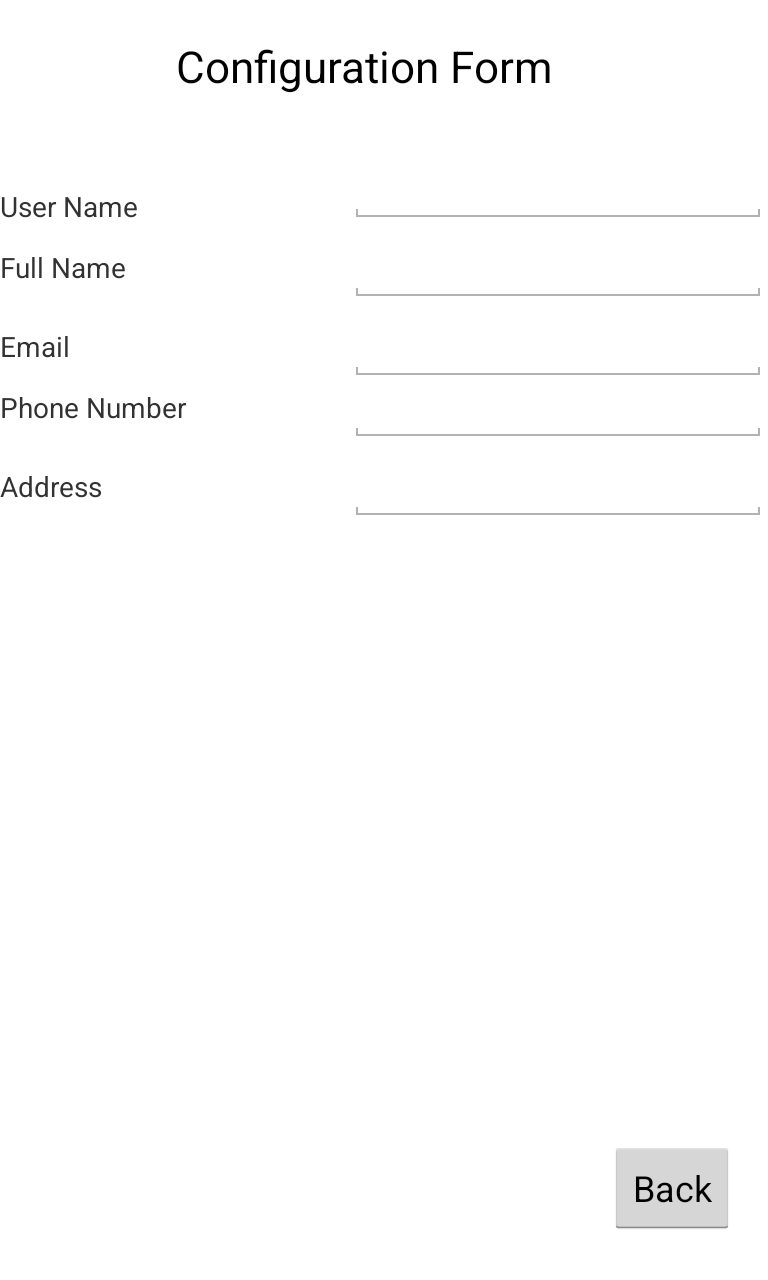
Repository: VanThi/Smart_Order
Layout: Project OS/Project_SO/res/layout/customer_configuration.xml
These files come from the project's save history. The layout is drawn as it stood at one moment and after the next save; the edit follows.
It is drawn on a 768 x 1280 px phone screen (xhdpi) without system bars, with theme AppTheme; the app's code is not run.

Above is the layout before, as saved 2013-11-09 01:28:37.

### Project OS/Project_SO/res/layout/customer_configuration.xml
<?xml version="1.0" encoding="utf-8"?>
<RelativeLayout xmlns:android="http://schemas.android.com/apk/res/android"
    android:layout_width="match_parent"
    android:layout_height="match_parent"
    android:orientation="vertical" >

    <TextView
        android:id="@+id/registerForm"
        android:layout_width="wrap_content"
        android:layout_height="wrap_content"
        android:layout_alignParentTop="true"
        android:layout_centerHorizontal="true"
        android:layout_marginTop="18dp"
        android:ems="8"
        android:text="@string/configurationForm"
        android:textAppearance="?android:attr/textAppearanceLarge" />

    <TextView
        android:id="@+id/tv_userName"
        android:layout_width="wrap_content"
        android:layout_height="wrap_content"
        android:layout_alignParentLeft="true"
        android:layout_below="@+id/registerForm"
        android:layout_marginTop="46dp"
        android:ems="8"
        android:text="@string/userName" />

    <TextView
        android:id="@+id/tv_fullName"
        android:layout_width="wrap_content"
        android:layout_height="wrap_content"
        android:layout_alignBaseline="@+id/et_fullname_con"
        android:layout_alignBottom="@+id/et_fullname_con"
        android:layout_alignParentLeft="true"
        android:ems="8"
        android:text="@string/fullName" />

    <TextView
        android:id="@+id/tv_email"
        android:layout_width="wrap_content"
        android:layout_height="wrap_content"
        android:layout_alignBaseline="@+id/et_email_con"
        android:layout_alignBottom="@+id/et_email_con"
        android:layout_alignParentLeft="true"
        android:ems="8"
        android:text="@string/email" />

    <EditText
        android:id="@+id/et_userName_con"
        android:layout_width="wrap_content"
        android:layout_height="wrap_content"
        android:layout_alignBottom="@+id/tv_userName"
        android:layout_alignParentRight="true"
        android:inputType="text"
        android:ems="10" />

    <EditText
        android:id="@+id/et_phoneNumber_con"
        android:layout_width="wrap_content"
        android:layout_height="wrap_content"
        android:layout_alignParentRight="true"
        android:layout_below="@+id/tv_email"
        android:inputType="phone"
        android:ems="10" />

    <EditText
        android:id="@+id/et_address_con"
        android:layout_width="wrap_content"
        android:layout_height="wrap_content"
        android:layout_alignParentRight="true"
        android:layout_below="@+id/et_phoneNumber_con"
        android:inputType="text"
        android:ems="10" />

    <Button
        android:id="@+id/back_con"
        android:layout_width="wrap_content"
        android:layout_height="wrap_content"
        android:layout_alignParentBottom="true"
        android:layout_alignParentRight="true"
        android:layout_marginBottom="22dp"
        android:layout_marginRight="16dp"
        android:text="@string/back" />

    <EditText
        android:id="@+id/et_fullname_con"
        android:layout_width="wrap_content"
        android:layout_height="wrap_content"
        android:layout_alignParentRight="true"
        android:layout_below="@+id/et_userName_con"
        android:ems="10"
        android:inputType="text" >

    </EditText>

    <EditText
        android:id="@+id/et_email_con"
        android:layout_width="wrap_content"
        android:layout_height="wrap_content"
        android:layout_alignParentRight="true"
        android:layout_below="@+id/et_fullname_con"
        android:inputType="textEmailAddress"
        android:ems="10" />

    <TextView
        android:id="@+id/tv_address"
        android:layout_width="wrap_content"
        android:layout_height="wrap_content"
        android:layout_alignBaseline="@+id/et_address_con"
        android:layout_alignBottom="@+id/et_address_con"
        android:layout_alignParentLeft="true"
        android:ems="8"
        android:text="@string/address" />

    <TextView
        android:id="@+id/tv_phoneNumber"
        android:layout_width="wrap_content"
        android:layout_height="wrap_content"
        android:layout_alignBaseline="@+id/et_phoneNumber_con"
        android:layout_alignBottom="@+id/et_phoneNumber_con"
        android:layout_alignParentLeft="true"
        android:ems="8"
        android:text="@string/phoneNumber" />

</RelativeLayout>

### Project OS/Project_SO/res/values/styles.xml
<resources>

    <!--
        Base application theme, dependent on API level. This theme is replaced
        by AppBaseTheme from res/values-vXX/styles.xml on newer devices.
    -->
    <style name="AppBaseTheme" parent="android:Theme.Light">
        <!--
            Theme customizations available in newer API levels can go in
            res/values-vXX/styles.xml, while customizations related to
            backward-compatibility can go here.
        -->
    </style>

    <style name="NoActionBar" parent="@android:style/Theme.Holo.NoActionBar">
        <!-- Inherits the Holo theme with no action bar; no other styles needed. -->
    </style>

    <!-- Application theme. -->
    <style name="AppTheme" parent="AppBaseTheme">
        <!-- All customizations that are NOT specific to a particular API-level can go here. -->
    </style>

    <style name="HeaderBG">
        <item name="android:layout_width">fill_parent</item>
        <item name="android:layout_height">60dp</item>
        <item name="android:background">@drawable/header_bg</item>
        <item name="android:orientation">horizontal</item>
    </style>

    <style name="HeaderText">
        <item name="android:textColor">#FFFFFF</item>
        <item name="android:textSize">22sp</item>
        <item name="android:textStyle">bold</item>
        <item name="android:ellipsize">end</item>
        <item name="android:gravity">center</item>
        <item name="android:singleLine">true</item>
        <item name="android:text">@string/app_name</item>
    </style>

    <style name="Background">
        <item name="android:layout_width">fill_parent</item>
        <item name="android:layout_height">fill_parent</item>
        <item name="android:background">@color/background</item>
        <item name="android:orientation">vertical</item>
    </style>

    <style name="MENU">
        <item name="android:layout_width">fill_parent</item>
        <item name="android:layout_height">63dp</item>
        <item name="android:background">@drawable/menu_bg</item>
        <item name="android:gravity">center_vertical</item>
        <item name="android:padding">10dp</item>
        <item name="android:textColor">#FFFFFF</item>
        <item name="android:textSize">16sp</item>
    </style>

    <style name="TextDescription">
        <item name="android:textColor">@color/black</item>
        <item name="android:textSize">16sp</item>
        <item name="android:typeface">sans</item>
        <item name="android:textStyle">bold</item>
    </style>

    <style name="Text">
        <item name="android:textColor">@color/black</item>
        <item name="android:textSize">14sp</item>
        <item name="android:typeface">sans</item>
    </style>

    <style name="EditText">
        <item name="android:textColor">@color/black</item>
        <item name="android:textSize">14sp</item>
        <item name="android:typeface">sans</item>
        <item name="android:padding">5dp</item>
    </style>

    <style name="Button">
        <item name="android:padding">5dp</item>
        <item name="android:textStyle">bold</item>
        <item name="android:textColor">@color/white</item>
        <item name="android:textSize">14sp</item>
        <item name="android:background">@drawable/btn_bg</item>
        <item name="android:typeface">sans</item>
        <item name="android:layout_width">90dp</item>
        <item name="android:layout_height">40dp</item>
    </style>

    <style name="ButtonRight">
        <item name="android:padding">5dp</item>
        <item name="android:textStyle">bold</item>
        <item name="android:textColor">@color/white</item>
        <item name="android:textSize">14sp</item>
        <item name="android:background">@drawable/btn_bg</item>
        <item name="android:typeface">sans</item>
        <item name="android:layout_width">90dp</item>
        <item name="android:layout_height">40dp</item>
        <item name="android:layout_marginLeft">5dp</item>
    </style>

    <style name="CustomProgressBar" parent="android:Widget.ProgressBar.Horizontal">
        <item name="android:layout_width">200dp</item>
        <item name="android:layout_height">wrap_content</item>
        <item name="android:padding">5dp</item>
        <item name="android:layout_marginRight">10dp</item>
        <item name="android:indeterminateOnly">false</item>
        <item name="android:progressDrawable">@drawable/custom_progress_bar_horizontal</item>
        <item name="android:minHeight">10dip</item>
        <item name="android:maxHeight">20dip</item>
    </style>


</resources>

### Project OS/Project_SO/res/values/strings.xml
<?xml version="1.0" encoding="utf-8"?>
<resources>

    <string name="app_name">Smart Order</string>
    <string name="action_settings">Settings</string>
    <string name="hello_world">Hello world!</string>
    <string name="menu_item">Menu</string>
    <string name="configuration">Configuration</string>
    <string name="viewOrder">View Order</string>
    <string name="logout">Logout</string>
    <string name="exit">Exit</string>
    <string name="userName">User Name</string>
    <string name="password">PassWord</string>
    <string name="address">Address</string>
    <string name="phoneNumber">Phone Number</string>
    <string name="email">Email</string>
    <string name="confirm">Confirm</string>
    <string name="fullName">Full Name</string>
    <string name="register">Have not a account?</string>
    <string name="login">Login</string>
    <string name="developer">CyberSoft Team 1</string>
    <string name="clear">Clear</string>
    <string name="update">Update</string>
    <string name="order">Order</string>
    <string name="save">Save</string>
    <string name="registerForm">Register Form</string>
	<string name="configurationForm">Configuration Form</string>
	<string name="ok">OK</string>
	<string name="back">Back</string>
	<string name="inc">+</string>
	<string name="dec">-</string>

</resources>

Loaded but not shown: Project OS/Project_SO/res/values-v11/styles.xml (common file); Project OS/Project_SO/res/values-v14/styles.xml (common file)

After the next save:
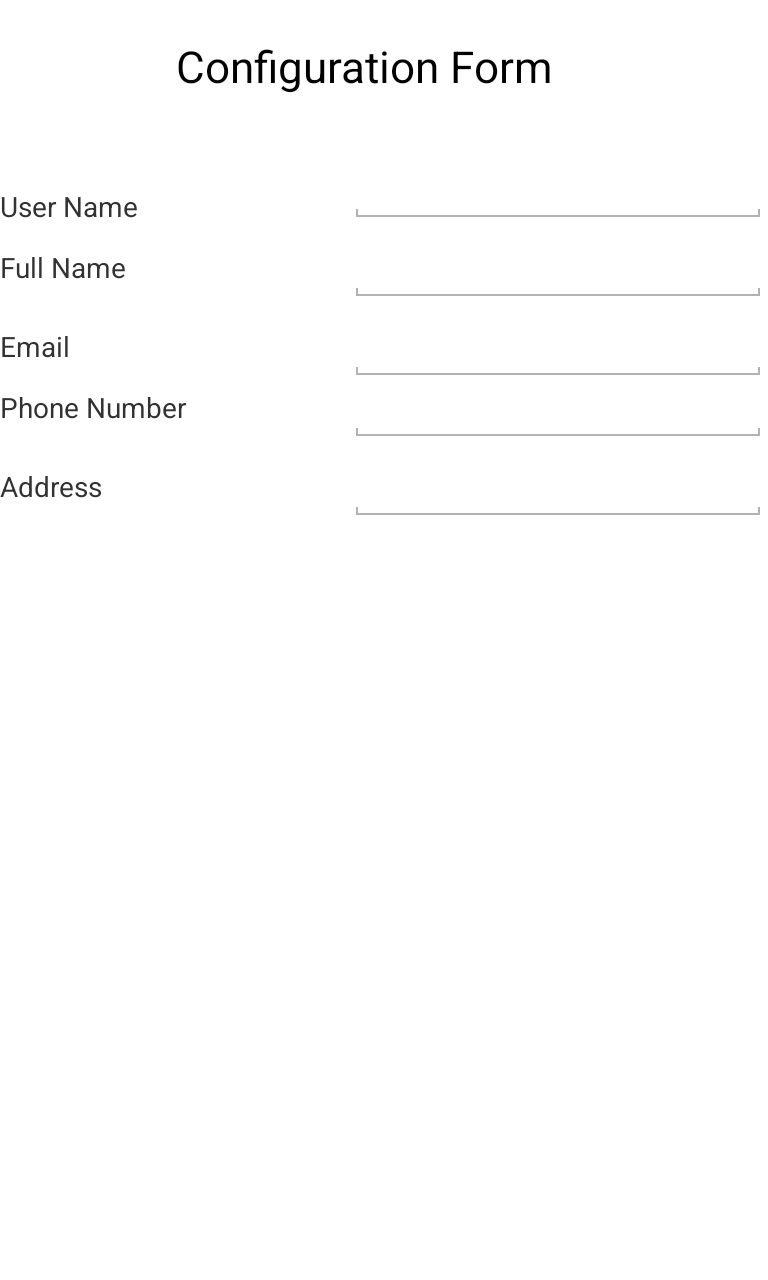
Saved 22 s later.
--- a/Project OS/Project_SO/res/layout/customer_configuration.xml
+++ b/Project OS/Project_SO/res/layout/customer_configuration.xml
@@ -72,16 +72,6 @@
         android:inputType="text"
         android:ems="10" />
 
-    <Button
-        android:id="@+id/back_con"
-        android:layout_width="wrap_content"
-        android:layout_height="wrap_content"
-        android:layout_alignParentBottom="true"
-        android:layout_alignParentRight="true"
-        android:layout_marginBottom="22dp"
-        android:layout_marginRight="16dp"
-        android:text="@string/back" />
-
     <EditText
         android:id="@+id/et_fullname_con"
         android:layout_width="wrap_content"
